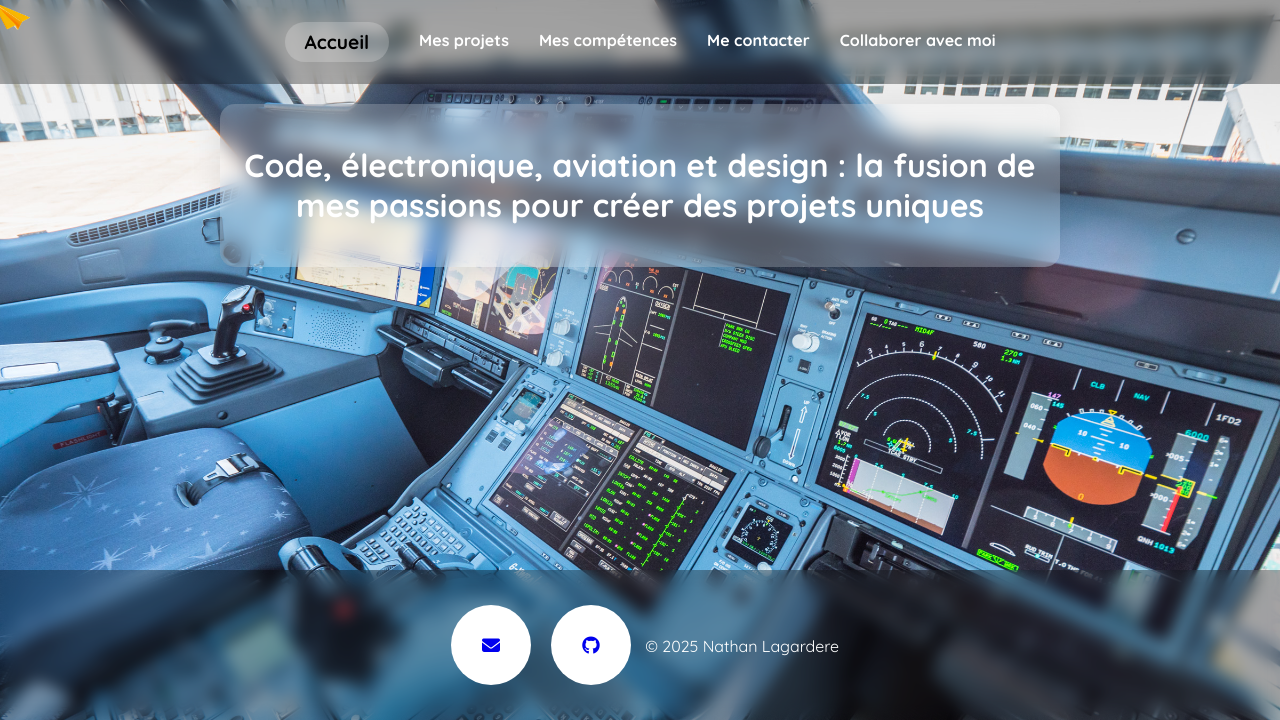
Repository: nlagardere/myportfolio
Page: competences.html
The author's editor kept a copy of each file at every save. The page is drawn from the files as they stood at one save, then again after the next save.
The browser window is 1280 px wide. The pictures show the whole page.

Above is the page before, as saved 2025-09-06 10:53:24.

### competences.html
<!DOCTYPE html>
<html lang="fr">
<head>
  <meta charset="UTF-8">
  <meta name="viewport" content="width=device-width, initial-scale=1.0">
  <title>Portfolio</title>

  <link href="https://fonts.googleapis.com/css2?family=Exo+2:wght@400;700&family=Quicksand:wght@400;700&display=swap" rel="stylesheet">
  <link rel="stylesheet" href="https://cdnjs.cloudflare.com/ajax/libs/font-awesome/6.5.0/css/all.min.css">

  <style>
    html{
      scroll-behavior: smooth;
      cursor: none;
    }

    body {
      font-family: 'Quicksand', sans-serif;
      margin: 0;
      padding: 0;
      min-height: 100vh;
      display: flex;
      flex-direction: column;
      background: url('a350.jpg') no-repeat center center;
      background-size: cover;
      color: #fff;

    }

    header {
      text-align: center;
      padding: 30px 20px;
      background: rgba(0,0,0,0.3);
      backdrop-filter: blur(8px);
    }

    .glasscard, .competences {
      background: rgba(255, 255, 255, 0.2);
      border-radius: 15px;
      padding: 20px;
      margin: 20px auto;
      max-width: 800px;
      backdrop-filter: blur(10px);
      box-shadow: 0 4px 30px rgba(0,0,0,0.1);
      text-align: center;
      animation: zoomPop 1s ease forwards;
      color: white;
    }

    .highlight {
      color: #FFD93D;
      font-weight: bold;
    }

    @keyframes zoomPop {
      0% { opacity: 0; transform: scale(0.1) translateZ(-800px); }
      60% { opacity: 1; transform: scale(1.2) translateZ(50px); }
      80% { transform: scale(0.95) translateZ(0); }
      100% { opacity: 1; transform: scale(1) translateZ(0); }
    }

    .wrapper {
      display: inline-flex;
      justify-content: center;
      list-style: none;
      padding: 20px 0;
      margin: 0 auto;
    }

    .wrapper .icon {
      position: relative;
      background: #ffffff;
      border-radius: 50%;
      padding: 15px;
      margin: 0 10px;
      width: 50px;
      height: 50px;
      font-size: 18px;
      display: flex;
      justify-content: center;
      align-items: center;
      cursor: pointer;
      transition: all 0.2s cubic-bezier(0.68, -0.55, 0.265, 1.55);
    }

    .wrapper .tooltip {
      position: absolute;
      bottom: 100%;
      left: 50%;
      transform: translateX(-50%) translateY(-10px);
      font-size: 14px;
      background: #333;
      color: #fff;
      padding: 5px 8px;
      border-radius: 5px;
      opacity: 0;
      pointer-events: none;
      white-space: nowrap;
      transition: all 0.3s cubic-bezier(0.68, -0.55, 0.265, 1.55);
      z-index: 10;
    }

    .wrapper .tooltip::before {
      content: "";
      position: absolute;
      top: 100%;
      left: 50%;
      transform: translateX(-50%) rotate(45deg);
      width: 8px;
      height: 8px;
      background: #333;
    }

    .wrapper .icon:hover .tooltip {
      opacity: 1;
      pointer-events: auto;
      transform: translateX(-50%) translateY(-15px);
    }

    .wrapper .mail:hover,
    .wrapper .mail:hover .tooltip,
    .wrapper .mail:hover .tooltip::before {
      background: #00CED1;
      color: #fff;
    }

    .wrapper .github:hover,
    .wrapper .github:hover .tooltip,
    .wrapper .github:hover .tooltip::before {
      background: #333333;
      color: #fff;
    }

    .footer{
      text-align: center;
      padding: 15px 20px;
      background: rgba(0,0,0,0.3);
      backdrop-filter: blur(8px);
      color: white;
      margin-top: auto;
    }

    .navbar ul {
      list-style: none;
      padding: 0;
      margin: 0;
      display: flex;
      justify-content: center;
      gap: 30px;
      flex-wrap: wrap;
    }
    .navbar ul li {
      display: inline;
    }
    .navbar ul li a {
      text-decoration: none;
      color: white;
      font-weight: bold;
      transition: color 0.3s;
    }
    .navbar ul li a:hover {
      color: #FFD93D;
    }

    .navbar .accueil a {
      font-size: 1.2em;
      font-weight: bold;
      color: #000000;
    }
    .navbar .accueil a:hover {
      color: #e6e62a;
    }

    .accueil-wrapper {
      background: rgba(255, 255, 255, 0.2);
      backdrop-filter: blur(10px);
      padding: 8px 20px;
      border-radius: 25px;
      color: #fff;
      font-weight: bold;
      transition: all 0.3s ease;
    }

    .accueil-wrapper:hover {
      background: rgba(255, 255, 255, 0.4);
      transform: scale(1.05);
      color: #FFD93D;
    }

    #mouse {
  position: fixed;
  top: 0;
  left: 0;
  width: 64px;
  height: 64px;
  background: url('cursor.png') no-repeat center center;
  background-size: contain;
  pointer-events: none; /* pour que le curseur ne bloque pas les clics */
  transform: translate(-50%, -50%);
  z-index: 9999;
  transform: translate(-35%, -25%);
  pointer-events: none;
}




    @media (max-width: 600px) {
      .letter-block .letter {
        font-size: 2.5em;
      }
    }

  </style>
</head>
<body>
  <div id="mouse"></div>
  <header>
    <nav class="navbar">
      <ul>
        <li class="accueil">
          <a href="index - Copie.html" class="accueil-wrapper">Accueil</a>
        </li>
        <li><a href="projects.html">Mes projets</a></li>
        <li><a href="competences.html">Mes compétences</a></li>
        <li><a href="contact.html">Me contacter</a></li>
        <li><a href="collaborate.html">Collaborer avec moi</a></li>
      </ul>
    </nav>
  </header>

  <div class="glasscard">
    <h1>Code, électronique, aviation et design : la fusion de mes passions pour créer des projets uniques</h1>
  </div>


  <div class="footer">
    <ul class="wrapper">
      <li class="icon mail">
        <a href="mailto:nathan.lagardere@gmail.com" target="_blank">
          <span class="tooltip">Mail</span>
          <i class="fas fa-envelope"></i>
        </a>
      </li>
      <li class="icon github">
        <a href="https://github.com/nlagardere" target="_blank">
          <span class="tooltip">Github</span>
          <i class="fab fa-github"></i>
        </a>
      </li>
    </ul>
    © 2025 Nathan Lagardere
  </div>

  <script>
    const mouse = document.querySelector('#mouse')
    window.addEventListener('mousemove', (e) => {
      mouse.style.top = e.pageY + 'px'
      mouse.style.left = e.pageX + 'px'
    })
  </script>
</body>
</html>

After the next save:
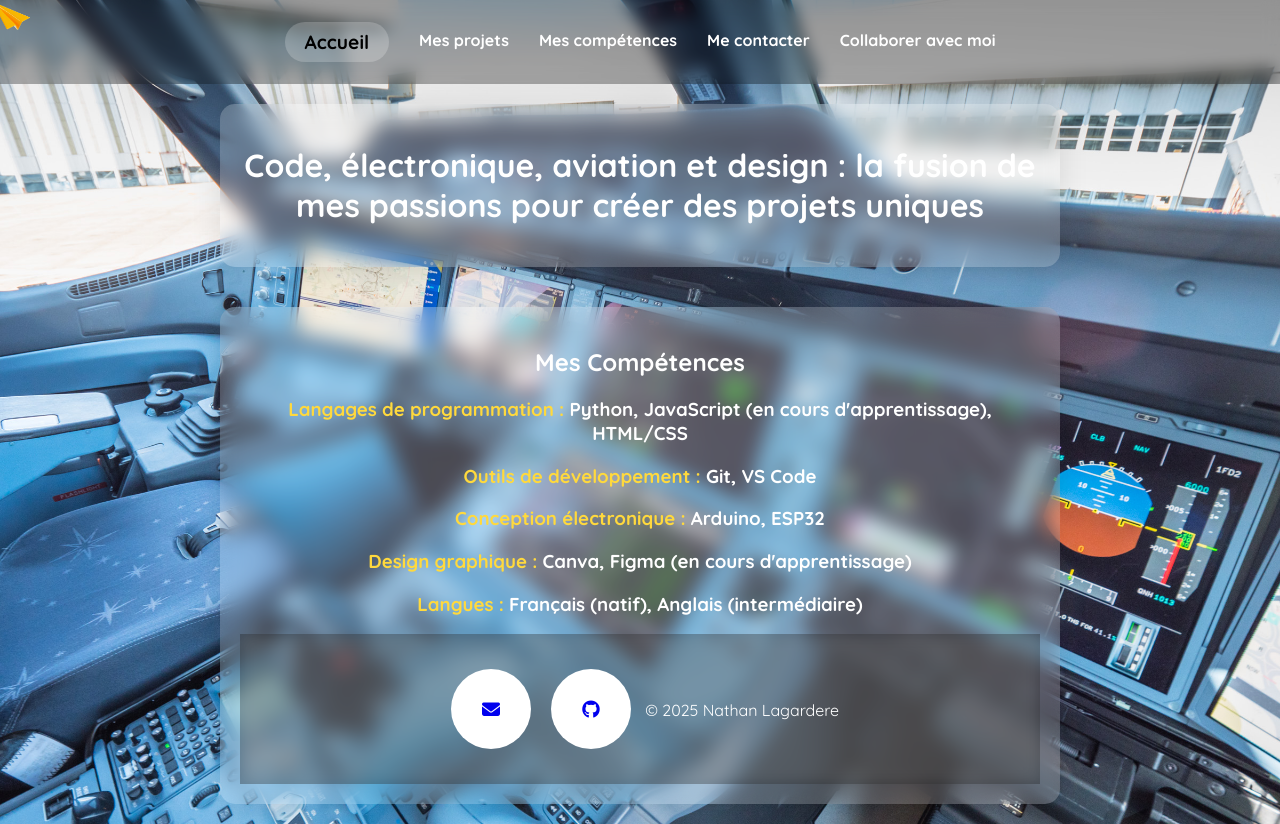
Saved 6 s later.
--- a/competences.html
+++ b/competences.html
@@ -232,7 +232,13 @@
   <div class="glasscard">
     <h1>Code, électronique, aviation et design : la fusion de mes passions pour créer des projets uniques</h1>
   </div>
-
+    <div class="competences">
+        <h2>Mes Compétences</h2>
+        <h3><span class="highlight">Langages de programmation :</span> Python, JavaScript (en cours d'apprentissage), HTML/CSS</h3>
+        <h3><span class="highlight">Outils de développement :</span> Git, VS Code</h3>
+        <h3><span class="highlight">Conception électronique :</span> Arduino, ESP32</h3>
+        <h3><span class="highlight">Design graphique :</span> Canva, Figma (en cours d'apprentissage)</h3>
+        <h3><span class="highlight">Langues :</span> Français (natif), Anglais (intermédiaire)</h3>
 
   <div class="footer">
     <ul class="wrapper">
